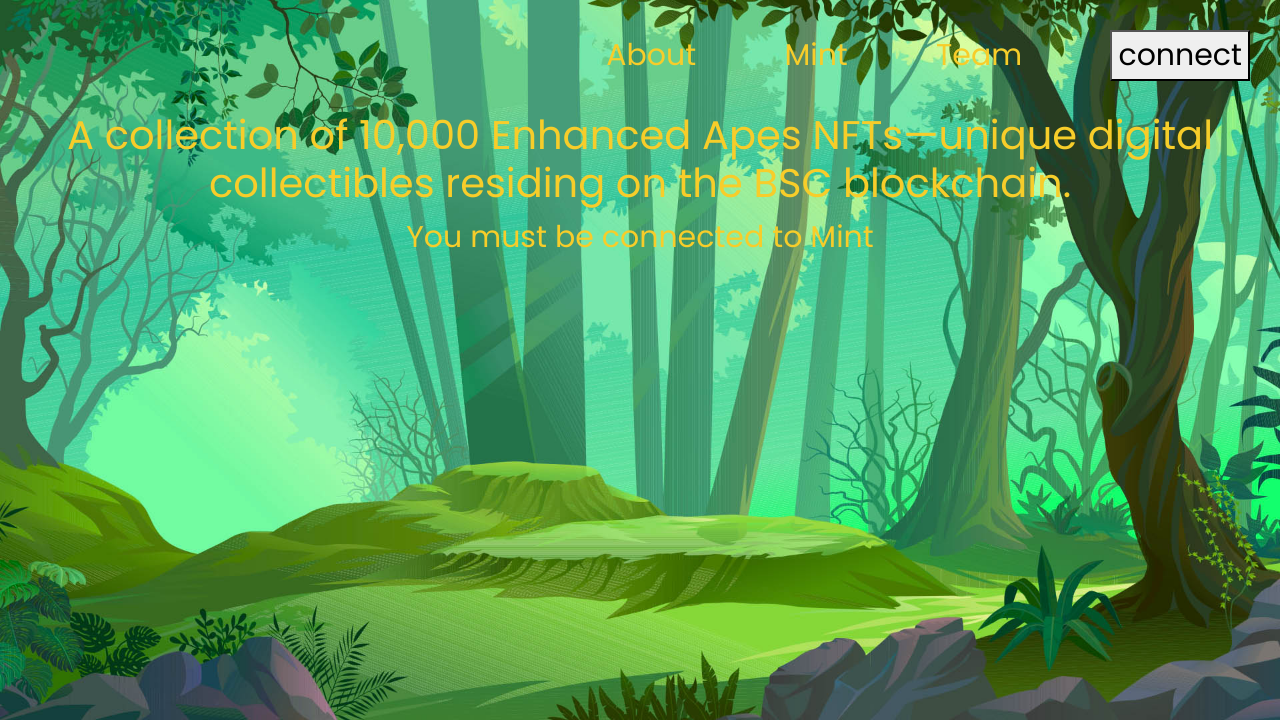
Repository: Stephegbenga/Minting-Dapp
Page: /
These files come from the project's save history. The page is drawn as it stood at one moment and after the next save; the edit follows.
The browser window is 1280 px wide. The pictures show the whole page.
The project was rebuilt for these pictures with package versions that can differ from the ones it lists, and the page was loaded fresh each time.

Above is the page before, as saved 2022-04-07 16:46:02.

After the next save:
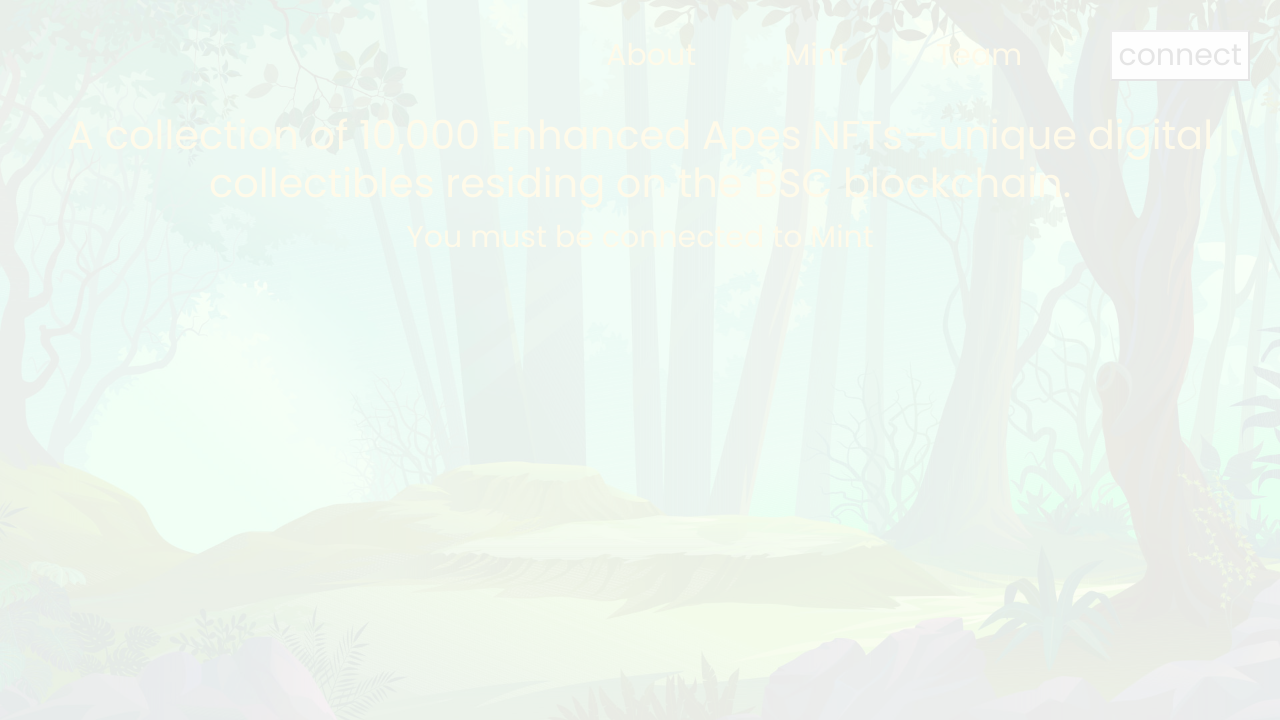
Saved 11 s later.
--- a/src/App.css
+++ b/src/App.css
@@ -17,7 +17,7 @@
 }
 
 .overlay {
-  opacity: 1;
+  opacity: 0.1;
   width: 100%;
   height: 100%;
   z-index: 10;

After the save that followed:
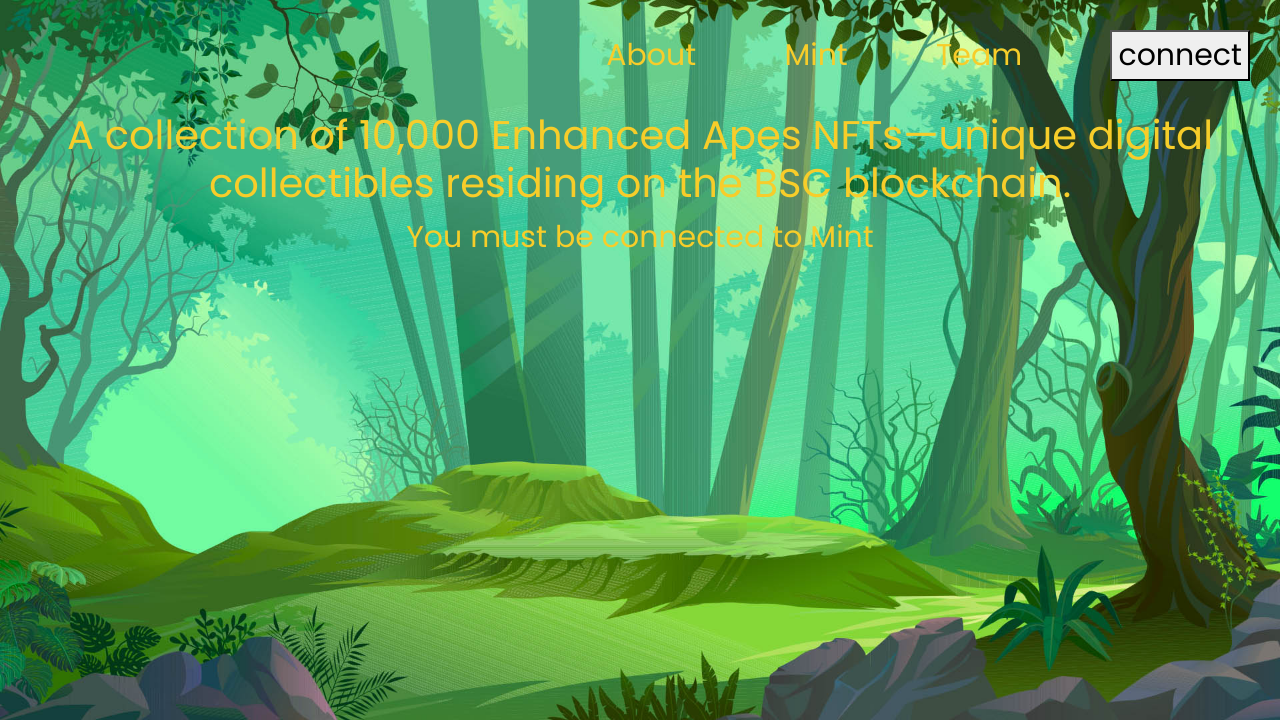
Saved 9 s later.
--- a/src/App.css
+++ b/src/App.css
@@ -17,7 +17,7 @@
 }
 
 .overlay {
-  opacity: 0.1;
+  opacity: 1;
   width: 100%;
   height: 100%;
   z-index: 10;
